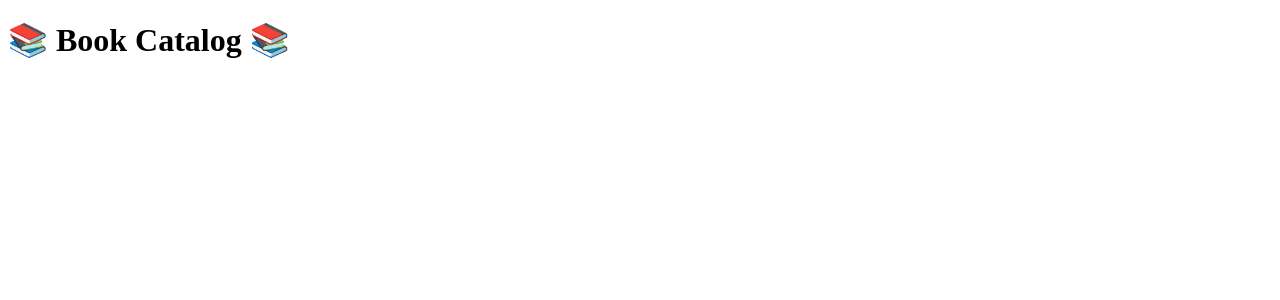
Repository: kaitlynlew/Book-Catalog
Page: /
The author's editor kept a copy of each file at every save. The page is drawn from the files as they stood at one save, then again after the next save.
The browser window is 1280 px wide. The pictures show the whole page.
The project was rebuilt for these pictures with package versions that can differ from the ones it lists, and the page was loaded fresh each time. Also part of the build but not shown: vite.config.js.

Above is the page before, as saved 2025-09-14 00:44:12.
Console error: ReferenceError: App is not defined

### index.html
<!doctype html>
<html lang="en">

<head>
  <meta charset="UTF-8" />
  <meta name="viewport" content="width=device-width, initial-scale=1.0" />
  <title>📚 Book Catalog</title>
</head>

<body>
  <div id="root"></div>
  <script type="module" src="/src/main.jsx"></script>
  <h1 class="title">📚 Book Catalog 📚</h1>
</body>

</html>

### src/App.jsx


export default App;

### src/App.css
body {
  background-color: #fefae0;
  font-family: sans-serif;
}

h1 {
  margin: 0;
  color: #90a254;
  text-align: center;
  background-color: #fdf4db;
  padding: 40px;
  border: 10px solid #90a254;
}

Loaded but not shown: src/main.jsx (common file)

After the next save:
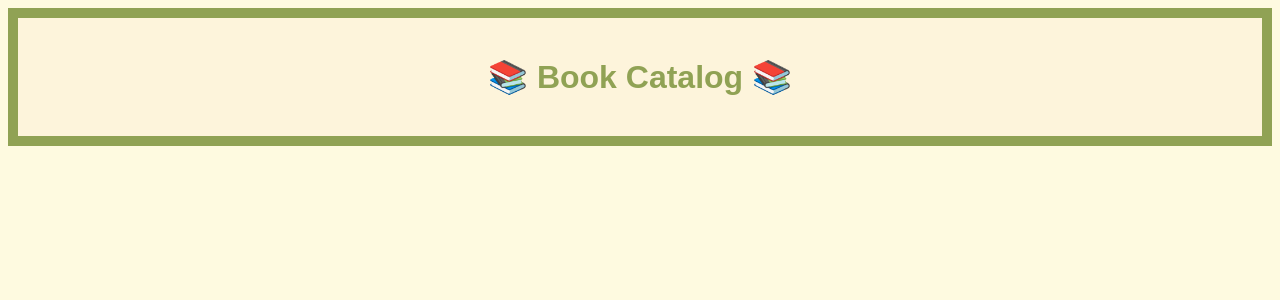
Console error: ReferenceError: catImg is not defined
Saved 59 s later.
--- a/src/App.jsx
+++ b/src/App.jsx
@@ -1,3 +1,12 @@
 
 
+function App() {
+  return (
+    <div>
+      <h1>My Cat 🐱</h1>
+      <img src={catImg} alt="Cat" width="300" />
+    </div>
+  );
+}
+
 export default App;
